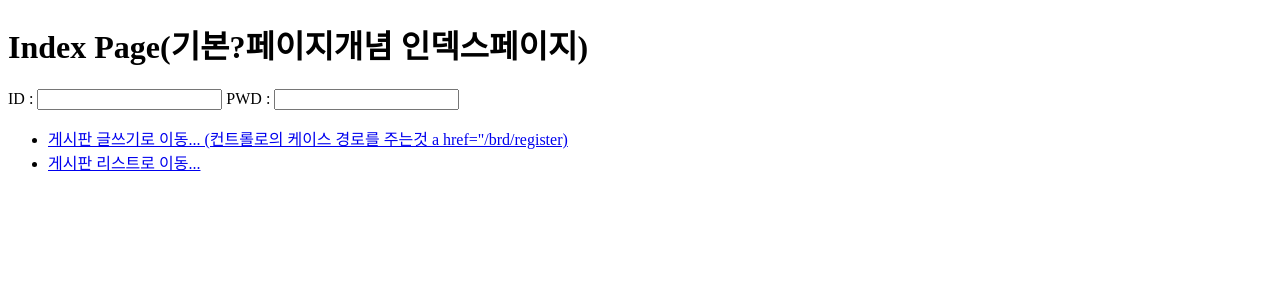
Repository: gatsby5959/_jsp_workspace_brd-mem_copy
Page: http://localhost/jsp_BoardMember/
An editor plug-in stored every save of this project. The page is shown before and after the next save, followed by the edit.
The browser window is 1280 px wide. The pictures show the whole page.
The page is served by Tomcat 9.

Above is the page before, as saved 2023-09-08 07:49:40.

After the next save:
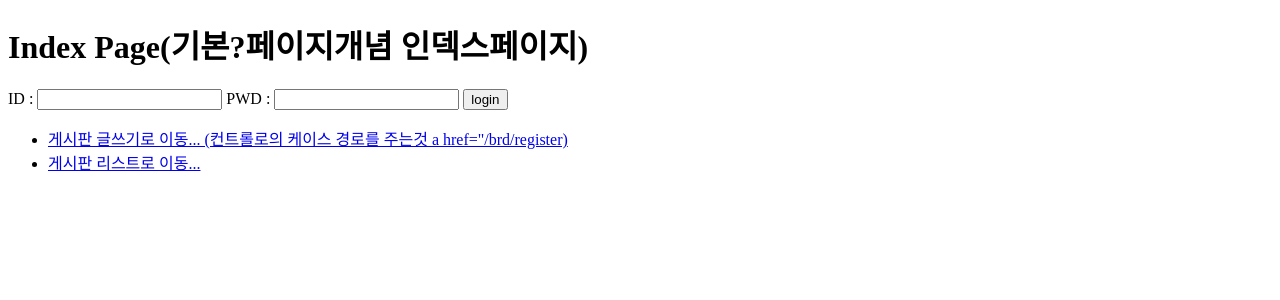
Saved 39 s later.
--- a/jsp_BoardMember/src/main/webapp/index.jsp
+++ b/jsp_BoardMember/src/main/webapp/index.jsp
@@ -12,6 +12,7 @@
 <form action="">
 	ID : <input type="text" name ="id">
 	PWD : <input type="text" name ="pwd">
+	<button type="submit">login</button>
 </form>
 
 <ul>
